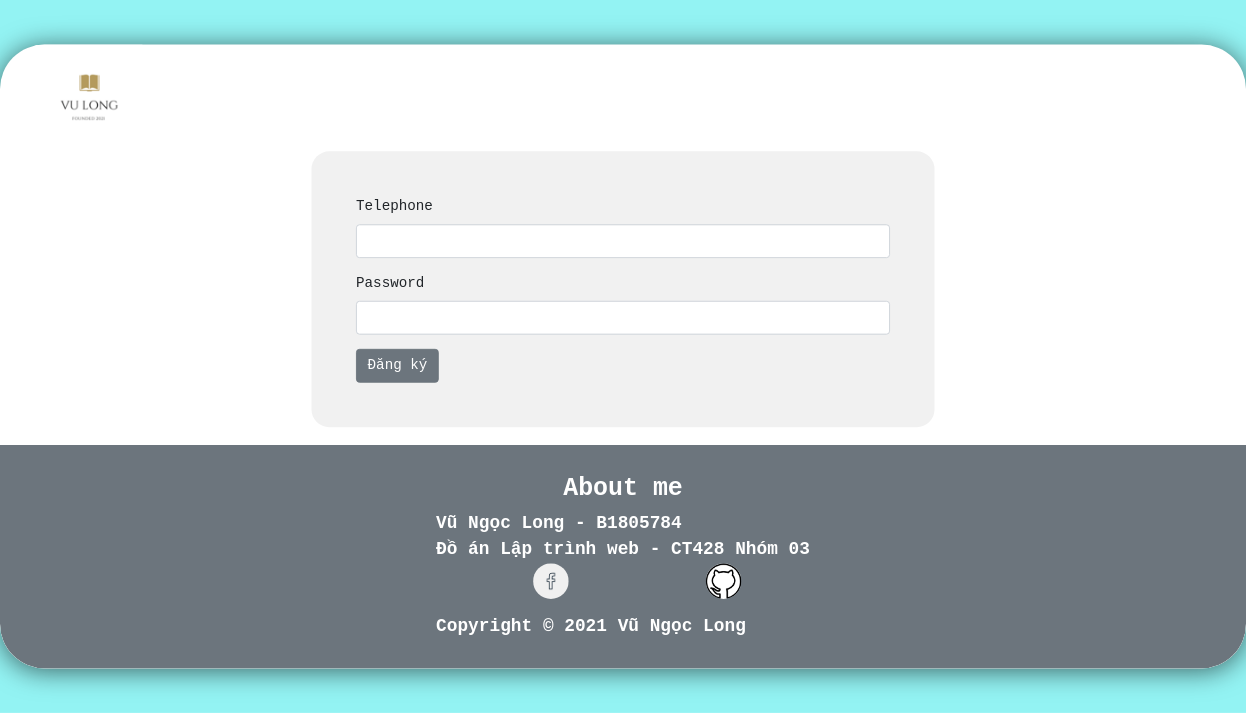
Repository: VuNgocLong2626/exercise_web_CT428
Page: VuNgocLongB1805784/user/dangky.html
These files come from the project's save history. The page is drawn as it stood at one moment and after the next save; the edit follows.
The browser window is 1280 px wide. The page is 1400 px wide, so the pictures cover 1400 px, including what lies to the right of the window. The pictures show the whole page, at 89% of full size.

Above is the page before, as saved 2021-10-05 19:16:52.

### VuNgocLongB1805784/user/dangky.html
<!DOCTYPE html>
<html lang="en">
<head>
    <meta charset="UTF-8">
    <meta http-equiv="X-UA-Compatible" content="IE=edge">
    <meta name="viewport" content="width=device-width, initial-scale=1.0">
    <link href="https://cdn.jsdelivr.net/npm/bootstrap@5.0.2/dist/css/bootstrap.min.css" rel="stylesheet" integrity="sha384-EVSTQN3/azprG1Anm3QDgpJLIm9Nao0Yz1ztcQTwFspd3yD65VohhpuuCOmLASjC" crossorigin="anonymous">
    <link rel="stylesheet" href="./css/test.css">
    <title>Document</title>
</head>
<body>
    <div class="main-contens">
        <div class="header">
            <a href="#"><img src="./image/logo120.png" alt="hinh logo" style="margin-left: 40px;"></a>

        </div>

        <div class="from-login">
            <form>
                <div class="mb-3">
                    <label for="" class="form-label">Telephone</label>
                    <input type="text" class="form-control" id="telephone">
                </div>
                <div class="mb-3">
                    <label for="" class="form-label">Password</label>
                    <input type="password" class="form-control" id="password">
                </div>
                <button type="submit" class="btn btn-secondary">Đăng ký</button>
              </form>
        </div>

        <footer>
            <h3 style="font-weight: bold;">About me</h3>
            <div class=>
                <div>Vũ Ngọc Long - B1805784
                    <br>
                    Đồ án Lập trình web - CT428 Nhóm 03
                </div>
                <ul style="list-style: none; display: flex;">
                    <li><a href="#" target="_blank"><img src="./image/fb.png" alt="Github icon" style="width: 40px;height: 40px; border-radius: 200px;"></a></li>
                    <li><a href="#" target="_blank"><img src="./image/github.png" alt="Linked icon" style="width: 40px;height: 40px; border-radius: 200px;"></a></li>
                </ul>
                <div>
                    Copyright © 2021 Vũ Ngọc Long
                </div>
            </div>
        </footer>
    </div>
</body>
</html>

### VuNgocLongB1805784/user/css/test.css
* {
    margin: 0;
    padding: 0;
    box-sizing: border-box;
  }

body{
    font-family: 'Courier New', Courier, monospace;
    /* font-family: 'Times New Roman', Times, serif; */
    background-color: rgb(147, 243, 243);
}

.main-contens{
    overflow: auto;
    display: block;
    width: 1400px;
    height: 100%;
    background-color: white;
    margin: 50px auto;
    border-radius: 50px;
    box-shadow:0 3px 30px 0 rgba(0, 0, 0, 0.6);
}

/* header{
    z-index: 1200;
    position: -webkit-sticky;
    position: sticky;
    background-color: red;
    width: 100%;
    height: 100px;
} */

.header{

    position: -webkit-sticky;
    position: sticky;
    height: 120px;
    width: 100%;
    /* background-color: brown;  */
    z-index: 3333;
    justify-content: space-between;
    display: flex;
    align-items: center;
    left: 0;
    top: 0;
}

.from-individual{
    justify-content: flex-end;
    display: flex;
    margin-right: 50px;
}

/* .fa{
    display: inline-block;
    font: normal normal normal 14px/1 FontAwesome;
    text-rendering: auto;
    -webkit-font-smoothing: antialiased;
}

.fa-login{
    content: "\f090";
} */

.login{
    padding: 10px;
}

.register{
    padding: 10px;
}

.main-contens .baner{
    display: flexbox;
    margin: auto;
    /* background: violet; */
    background-image: none;
    background-repeat: no-repeat;
    background-position: center center;
    background-size: cover;
    width: 95%;
    height: 484px;
    margin: auto;
    margin-top: 20px;

}
.baner img{
    box-shadow:0 3px 20px 0 rgba(0, 0, 0, 0.6);
    border-radius: 100px;
    display: block;
    width: 100%;
    height: 474px;
}


.selling-products{
    overflow: auto;
    margin-top: 20px;
    /*  background-color: lawngreen; */
    width: 100%;
    height: 450px;
    /* display: flex; */
}

.selling-products .selling{
    width: 47%;
    height: 320px;
    overflow: auto;
    background-color: #f1f1f1;
    margin: 10px auto;
    box-shadow:0 3px 10px 0 rgba(0, 0, 0, 0.6);
    border-radius: 20px;
    /* padding: 20px; */
    /* font-size: 30px; */
}

.row-style{
    width: 658px;
    height: 320px;
}

.selling-products .title{
    display: block;
    width: 100%;
    height: 15%;
    /* background-color: #f1f1f1; */
    margin: 10px auto;
    padding-left: 40px;
    font-size: 35px;
    font-weight: bold;
    color: #6c757d;

}

.information-hot{
    display: flex;
    width: 100%;
    height: 350px;
}

.title-hot{
    margin: 20px 0;
    font-size: 20px;
    font-weight: bold;
}

.content-hot{
    height: 210px;
    width: 360px;
    overflow: auto;
}

.btn-hot{
    margin: 0 60px;
    font-size: 18px;
    width: 200px;
}

.all-products{
    overflow: auto;
    margin-top: 40px;
    /* background-color: red; */
    width: 100%;
    height: 1500px;
}

.all-products nav{
    overflow: auto;
    margin-top: 10px;
    width: 100%;
    height: 50px;
    /* background-color: rgb(52, 226, 12); */
    display: flex;
    justify-content: center;
}

nav > button{
    margin: 0 20px;
}

.all-products .products{
    /* display: flexbox; */
    overflow: auto;
    width: 100%;
    height: 1400px;
    /* background-color: gold; */
    /* justify-items: center;
    align-content: center; */
    padding-left: 60px;
}

.books{
    overflow: auto;
    float: left;
    width: 22%;
    height: 420px;
    background-color: #f1f1f1;
    margin: 13px 13px;
    border-radius: 20px;
}

.books:hover{
    box-shadow:0 3px 10px 0 rgba(0, 0, 0, 0.6);
    border-radius: 20px;
}

footer{
    height: 251px;
    border-radius: 0 0 50px 50px;
    width: 100%;
    background-color: #6c757d;
    margin-top: 20px;
    padding: 30px 0;
    display: flex;
    flex-direction: column;
    justify-content: center;
    align-items: center;
    color: white;
    font-size: 20px;
    font-weight: bold;
}

footer li{
    margin: auto;
}

.from-detail{
    /* overflow: auto; */
    margin: auto;
    height: 100%;
    width: 60%;
    background-color: #f1f1f1;
    border-radius: 50px;
}

.from-detail:hover{
    box-shadow:0 3px 10px 0 rgba(0, 0, 0, 0.6);
}

.all-cart{
    width: 90%;
    height: 100%;
    margin: auto;
    align-items: center;
    justify-content: center;
    justify-items: center;
}

.all-cart > h2{
    color: #6c757d;
    font-weight: bold;
    margin-bottom: 30px;
}

.from-login{
    margin: auto;
    width: 50%;
    background-color: #f1f1f1;
    border-radius: 20px;
}

.from-login > form{
    padding: 50px;
}

.link-register{
    margin-top: 10px;
    color: #f1f1f1;
}
.link-register > a{
    text-decoration: none;
}

After the next save:
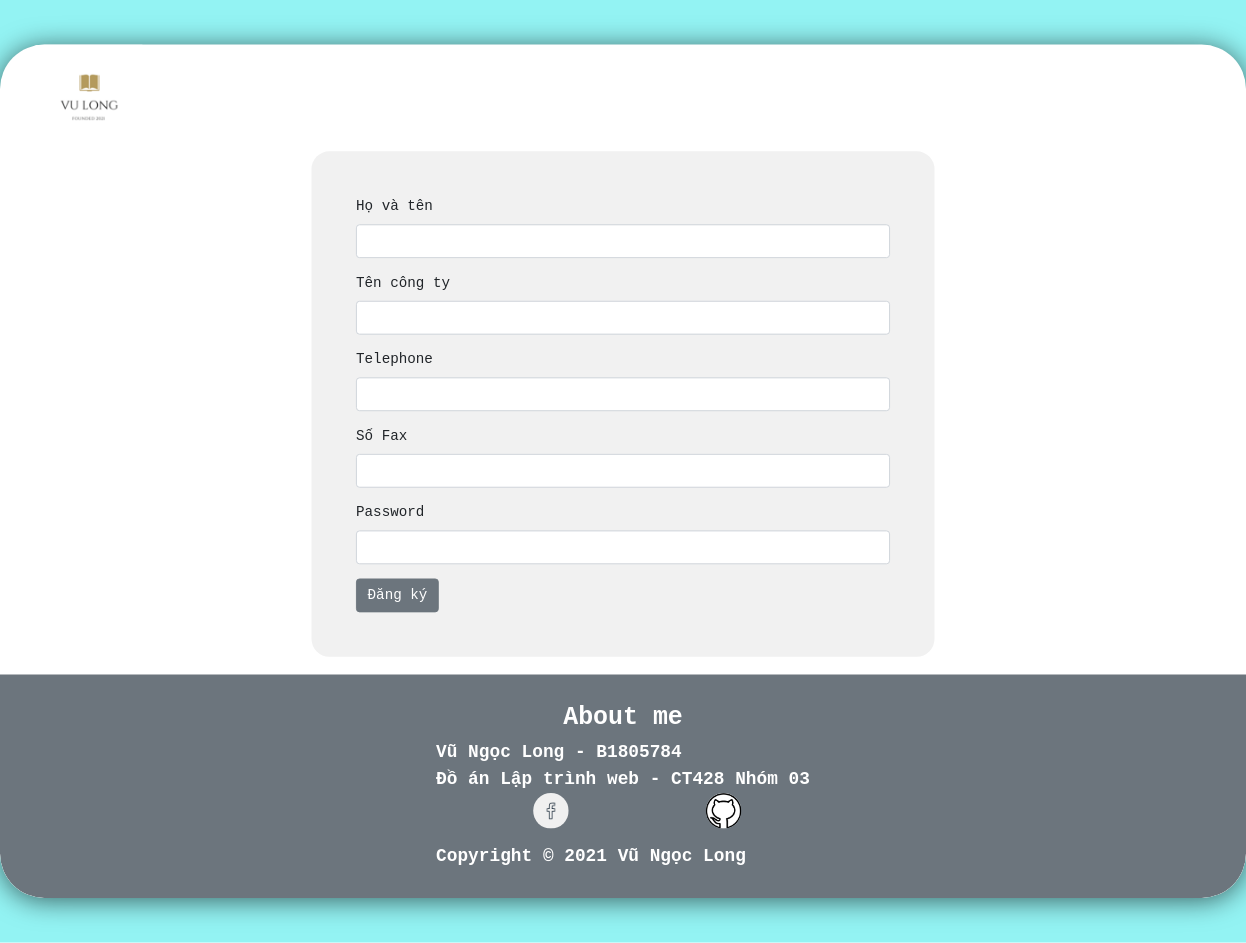
Saved 2 min 39 s later.
--- a/VuNgocLongB1805784/user/dangky.html
+++ b/VuNgocLongB1805784/user/dangky.html
@@ -18,7 +18,19 @@
         <div class="from-login">
             <form>
                 <div class="mb-3">
+                    <label for="" class="form-label">Họ và tên</label>
+                    <input type="text" class="form-control" id="Hten">
+                </div>
+                <div class="mb-3">
+                    <label for="" class="form-label">Tên công ty</label>
+                    <input type="text" class="form-control" id="cty">
+                </div>
+                <div class="mb-3">
                     <label for="" class="form-label">Telephone</label>
+                    <input type="text" class="form-control" id="telephone">
+                </div>
+                <div class="mb-3">
+                    <label for="" class="form-label">Số Fax</label>
                     <input type="text" class="form-control" id="telephone">
                 </div>
                 <div class="mb-3">
